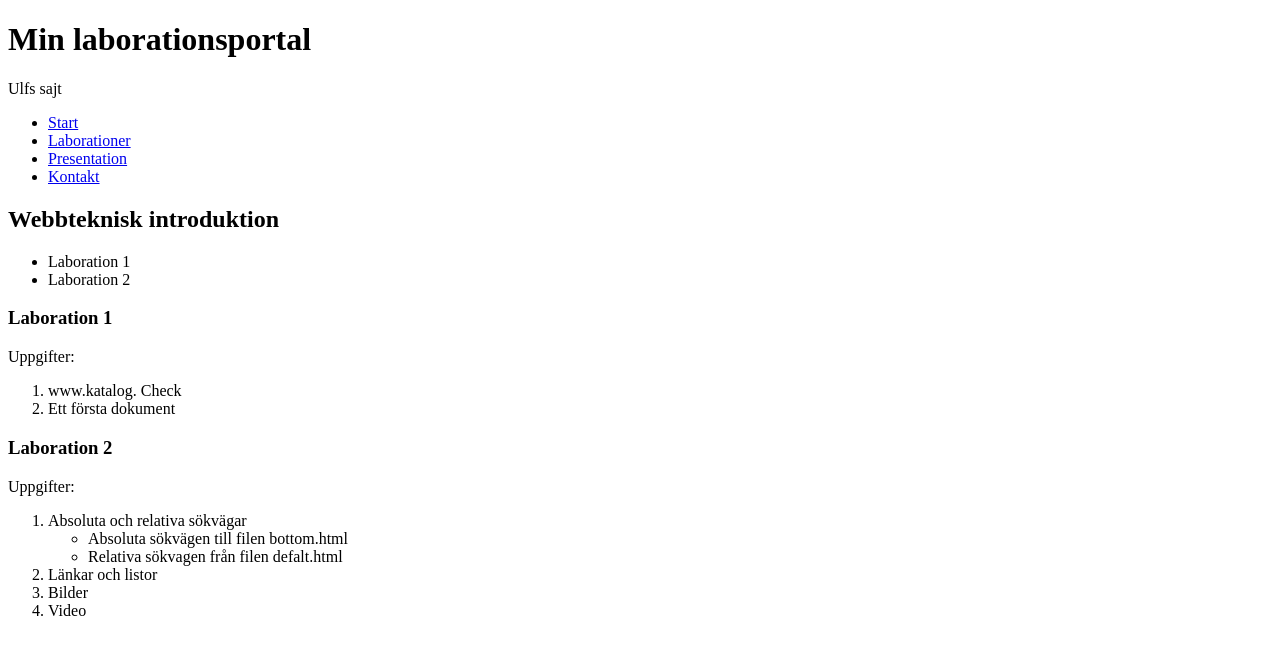
Repository: ulfek/laborationer
Page: pages/laborationer.html
The author's editor kept a record of every edit. The page is drawn from the files as they stood at one moment, then again after the next edit.
The browser window is 1280 px wide. The pictures show the whole page.

Above is the page before.

### pages/laborationer.html
<!doctype html>
    <head>
        <meta charset="utf-8" />
        <title>Laborationer</title>
    </head>
    <body>
        <h1>Min laborationsportal</h1>
        <p>Ulfs sajt</p>
        <ul>
            <li><a href="../index.html">Start</a></li>
            <li><a href="#">Laborationer</a></li>
            <li><a href="presentation.html">Presentation</a></li>
            <li><a href="kontakt.html">Kontakt</a></li>
        </ul>
        <h2>Webbteknisk introduktion</h2>
        <ul>
            <li>Laboration 1</li>
            <li>Laboration 2</li>
        </ul>
        <h3>Laboration 1</h3>
        Uppgifter:
        <ol>
            <li>www.katalog. Check</li>
            <li>Ett första dokument</li>
        </ol>

        <h3>Laboration 2</h3>
        Uppgifter:
        <ol>
            <li>Absoluta och relativa sökvägar</li>
            <ul>
                <li>Absoluta sökvägen till filen bottom.html</li>
                <li>Relativa sökvagen från filen defalt.html</li>
            </ul>
            <li>Länkar och listor</li>
            <li>Bilder</li>
            <li>Video</li>
        </ol>

    </body>
</html>

After the next edit:
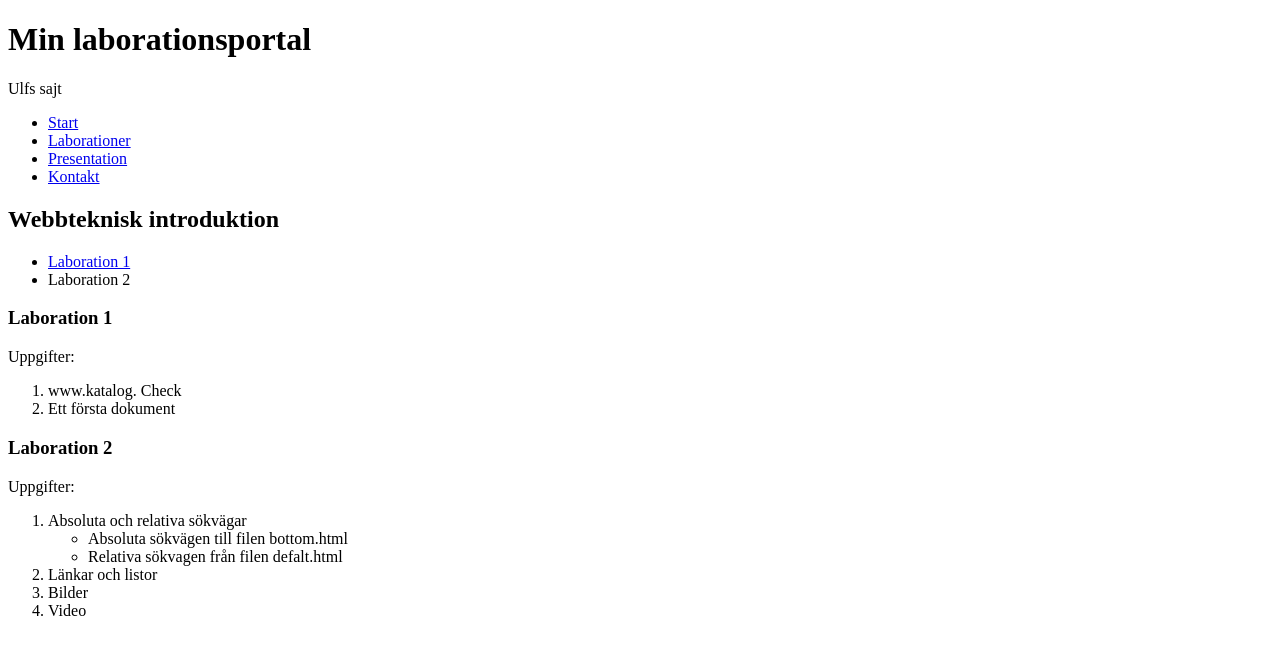
The edit:
--- a/pages/laborationer.html
+++ b/pages/laborationer.html
@@ -14,7 +14,7 @@
         </ul>
         <h2>Webbteknisk introduktion</h2>
         <ul>
-            <li>Laboration 1</li>
+            <li><a href="#lab1">Laboration 1</a></li>
             <li>Laboration 2</li>
         </ul>
         <h3>Laboration 1</h3>
